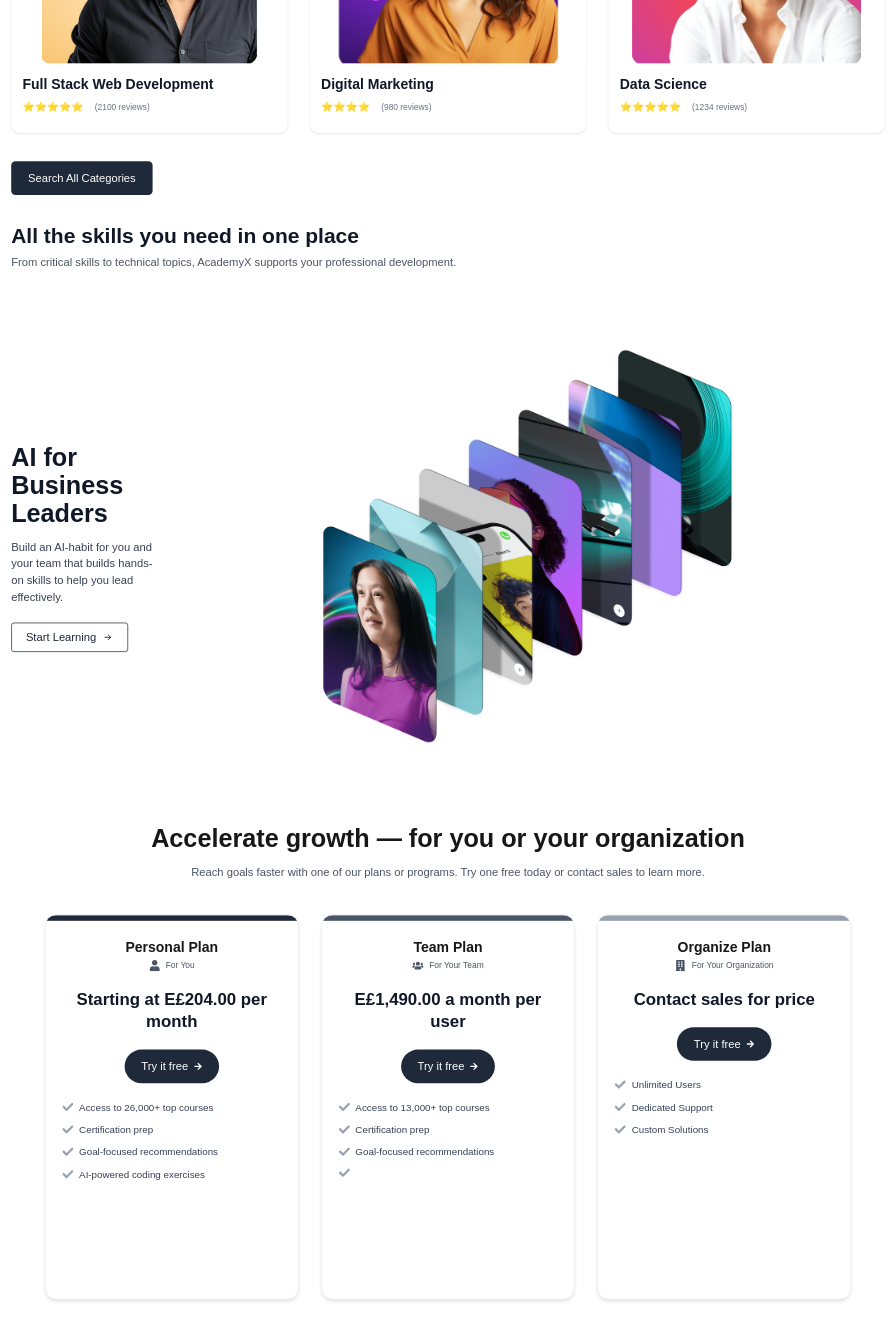
Repository: MohamedSalah54/full-stack-e-learning
Page: / (app in frontend/)
These files come from the project's save history. The page is drawn as it stood at one moment and after a run of saves; the edit follows.
The browser window is 1280 px wide. The pictures show the part of the page from y = 979 to 2899 px (the page is 2899 px tall), at 70% of full size.
The project was rebuilt for these pictures with package versions that can differ from the ones it lists, and the page was loaded fresh each time. The framework's server and built-in components were replaced by stand-ins that run in the browser. Also part of the build but not shown: frontend/next.config.ts.

Above is the page before, as saved 2025-06-16 14:14:34.

### frontend/src/app/layout.tsx
import type { Metadata } from "next";
import { Geist, Geist_Mono } from "next/font/google";
import "./globals.css";
import { Providers } from "@/app/providers";
import Navbar from "@/components/Navbar";

const geistSans = Geist({
  variable: "--font-geist-sans",
  subsets: ["latin"],
});

const geistMono = Geist_Mono({
  variable: "--font-geist-mono",
  subsets: ["latin"],
});

export const metadata: Metadata = {
  title: "Create Next App",
  description: "Generated by create next app",
};

export default function RootLayout({
  children,
}: Readonly<{
  children: React.ReactNode;
}>) {
  return (
    <html lang="en">
      <body
        className={`${geistSans.variable} ${geistMono.variable} antialiased`}
      >
        <Navbar/>
        <Providers>{children}</Providers>

      </body>
    </html>
  );
}

### frontend/src/app/page.tsx
import HeroBannerFixed from "@/components/home/HeroBannerFixed"
import HeroBannerSlider from "@/components/home/HeroBannerSlider"
import HeroCategories from "@/components/home/HeroCategories"
import HeroPlans from "@/components/home/HeroPlans"

const Home = () => {
  return (
    <main className="flex flex-col items-center justify-center">
        <HeroBannerSlider/>
        <HeroCategories/>
        <HeroBannerFixed/>
        <HeroPlans/>
    </main>
  )
}

export default Home

### frontend/src/app/providers.jsx
'use client';

import { Provider } from 'react-redux';
import { store } from '@/redux/store/store';
export function Providers({ children }) {
  return <Provider store={store}>{children}</Provider>;
}

### frontend/src/components/Navbar.tsx
'use client';

import { useState } from 'react';
import { FaShoppingCart, FaBars, FaTimes, FaSearch } from 'react-icons/fa';
import { IoMdGlobe } from 'react-icons/io';
import { useRouter } from 'next/navigation';

export default function Navbar() {
  const [isSidebarOpen, setIsSidebarOpen] = useState(false);
  const router = useRouter();
  const [isSearchOpen, setIsSearchOpen] = useState(false);


  return (
    <>
      {/* Navbar */}
      <nav className="bg-white shadow-sm border-b border-gray-200 py-3 px-4 sm:px-6">
        <div className="max-w-7xl mx-auto flex items-center justify-between">
          {/* Left - Hamburger + Logo */}
          <div className="flex items-center space-x-2">
            {/* Hamburger Icon - Visible on mobile only */}
            <button
              className="block md:hidden text-xl text-gray-800"
              onClick={() => setIsSidebarOpen(true)}
            >
              <FaBars />
            </button>

            {/* Logo */}
            <div
              className="flex items-center cursor-pointer"
              onClick={() => router.push('/')}
            >
              <div className="relative h-10 w-10">
                <img
                  src="/logo.png"
                  alt="Logo"
                  className="h-full w-full object-contain block"
                />
              </div>
              <span className="text-2xl font-bold text-gray-800 leading-none ml-1">
                cademyX
              </span>
            </div>
          </div>

          {/* Middle - Search (hidden on small screens) */}
          <div className="hidden md:flex flex-1 max-w-md mx-4">
            <input
              type="text"
              placeholder="Search courses..."
              className="w-full border border-gray-300 rounded-md px-4 py-2 focus:outline-none focus:ring-1 focus:ring-gray-800"
            />
          </div>

          {/* Right - Search & Cart (Always Visible) */}
          <div className="flex items-center space-x-3 ml-auto">
            <button
              className="hidden md:block px-4 py-1 border border-gray-800 text-gray-800 rounded-md hover:bg-gray-100 transition"
              onClick={() => router.push('/auth/login')}
            >
              Login
            </button>
            <button
              className="hidden md:block px-4 py-1 bg-gray-800 text-white rounded-md hover:bg-gray-700 transition"
              onClick={() => router.push('/auth/register')}
            >
              Sign Up
            </button>

            <IoMdGlobe className="hidden md:block text-gray-800 text-xl cursor-pointer hover:scale-110 transition" />

            <FaShoppingCart className="text-gray-800 text-xl cursor-pointer hover:scale-110 transition" />

            <FaSearch
              className="md:hidden text-gray-800 text-xl cursor-pointer hover:scale-110 transition"
              onClick={() => setIsSearchOpen(true)}
            />
          </div>


        </div>
      </nav>

      {isSearchOpen && (
        <div className="fixed inset-0 z-50 bg-white flex flex-col items-center justify-start px-4 pt-10">
          <div className="w-full max-w-2xl flex items-center gap-3 border-b border-gray-300 pb-2">
            <FaSearch className="text-gray-800 text-2xl" />

            {/* Search Input */}
            <input
              type="text"
              placeholder="Search courses..."
              autoFocus
              className="w-full text-lg focus:outline-none"
            />

            <FaTimes
              className="text-gray-800 text-2xl cursor-pointer"
              onClick={() => setIsSearchOpen(false)}
            />
          </div>
        </div>
      )}



      {/* Sidebar (Mobile) */}
      <div
        className={`fixed top-0 left-0 h-full w-64 bg-white shadow-lg z-50 transform transition-transform duration-300 ${isSidebarOpen ? 'translate-x-0' : '-translate-x-full'
          }`}
      >
        {/* Close Button */}
        <div className="flex justify-between items-center px-4 py-3 border-b">
          <h2 className="text-lg font-semibold">Menu</h2>
          <button
            onClick={() => setIsSidebarOpen(false)}
            className="text-xl text-gray-600"
          >
            <FaTimes />
          </button>
        </div>

        {/* Sidebar Links */}
        <div className="p-4 space-y-4">
          <button
            onClick={() => {
              router.push('/auth/login');
              setIsSidebarOpen(false);
            }}
            className="w-full text-left text-gray-800 hover:text-gray-600"
          >
            Login
          </button>
          <button
            onClick={() => {
              router.push('/auth/register');
              setIsSidebarOpen(false);
            }}
            className="w-full text-left text-gray-800 hover:text-gray-600"
          >
            Sign Up
          </button>
          <div className="border-t pt-4">
            <p className="text-gray-500 text-sm font-medium mb-2">Categories</p>
            <ul className="space-y-2">
              <li className="cursor-pointer hover:text-gray-600">Web Development</li>
              <li className="cursor-pointer hover:text-gray-600">Design</li>
              <li className="cursor-pointer hover:text-gray-600">Marketing</li>
            </ul>
          </div>
        </div>
      </div>

      {/* Overlay */}
      {isSidebarOpen && (
        <div
          className="fixed inset-0 bg-black/40 z-40"
          onClick={() => setIsSidebarOpen(false)}
        ></div>
      )}
    </>
  );
}

### frontend/src/components/home/HeroBannerFixed.tsx
// components/HeroBannerFixed.tsx
'use client';

import { HiOutlineArrowSmRight } from "react-icons/hi";

const HeroBannerFixed = () => {
    return (
        <section className="w-full bg-white py-10">
            <div className="max-w-7xl mx-auto px-4 flex flex-col-reverse md:flex-row items-center justify-between gap-10">
                {/* Text content on the left */}
                <div className="w-full md:w-1/2 text-left">
                    <h1 className="text-2xl sm:text-3xl md:text-4xl font-bold text-gray-900 mb-4">
                        AI for Business Leaders
                    </h1>
                    <span className="block text-gray-700 text-base mb-6">
                        Build an AI-habit for you and your team that builds hands-on skills to help you lead effectively.

                    </span>
                    <button className="px-5 py-2 bg-white text-gray-800 border border-gray-800 rounded hover:bg-gray-200 transition flex items-center gap-2 cursor-pointer">
                        Start Learning <HiOutlineArrowSmRight />
                    </button>

                </div>

                {/* Image on the right */}
                <div className="w-full flex justify-end">
                    <div className="w-full md:w-[500px] lg:w-[1000px] ml-auto">
                        <img
                            src="/hero-fixed.png"
                            alt="Hero"
                            className="w-full h-auto rounded-md object-contain"
                        />
                    </div>
                </div>
            </div>
        </section>
    );
};

export default HeroBannerFixed;

### frontend/src/components/home/HeroBannerSlider.tsx
"use client";

import React, { useState } from "react";
import { FaArrowLeft, FaArrowRight } from "react-icons/fa";
import { heroSlides } from "@/constants";

const slides = heroSlides;

const HeroBannerSlider = () => {
  const [current, setCurrent] = useState(0);

  const nextSlide = () => {
    setCurrent((prev) => (prev + 1) % slides.length);
  };

  const prevSlide = () => {
    setCurrent((prev) => (prev - 1 + slides.length) % slides.length);
  };

  return (
    <>
      {/* Slider Section */}
      <section className="w-full relative bg-white overflow-hidden">
        {/* Wrapper for center and padding on large screens */}
        <div className="w-full max-w-screen-xl mx-auto relative h-[300px] sm:h-[400px] md:h-[500px]">
          {slides.map((slide, index) => (
            <img
              key={index}
              src={slide.image}
              alt="Hero"
              className={`absolute top-0 left-0 w-full h-full object-cover object-[60%] transition-opacity duration-700 ${
                index === current ? "opacity-100 z-10" : "opacity-0 z-0"
              }`}
            />
          ))}

          {/* Arrows */}
          <button
            onClick={prevSlide}
            className="absolute top-1/2 left-4 transform -translate-y-1/2 bg-white text-black p-2 rounded-full shadow hover:bg-gray-200 z-40"
          >
            <FaArrowLeft />
          </button>
          <button
            onClick={nextSlide}
            className="absolute top-1/2 right-4 transform -translate-y-1/2 bg-white text-black p-2 rounded-full shadow hover:bg-gray-200 z-40"
          >
            <FaArrowRight />
          </button>

          {/* Text Box for Large Screens */}
          <div className="hidden md:block absolute top-1/2 left-[170px] transform -translate-y-1/2 z-30">
            <div className="bg-white/90 p-5 rounded-md max-w-sm shadow-md">
              <h1 className="text-2xl lg:text-3xl font-bold text-gray-900 mb-2">
                {slides[current].title}
              </h1>
              <p className="text-gray-700 text-base">{slides[current].description}</p>
            </div>
          </div>
        </div>
      </section>

      {/* Text Below Image for Small Screens */}
      <div className="block md:hidden w-full bg-white pt-6 px-4">
        <div className="bg-white p-0 shadow-none rounded-none">
          <h1 className="text-xl font-bold text-gray-900 mb-2">{slides[current].title}</h1>
          <p className="text-gray-700 text-sm">{slides[current].description}</p>
        </div>
      </div>

      {/* Section Below */}
      <div className="w-full text-left py-10 bg-white px-4 sm:px-10 md:px-32">
        <h1 className="text-2xl sm:text-3xl font-bold text-gray-900 mb-4">
          Ready to reimagine your career?
        </h1>
        <p className="text-base sm:text-lg text-gray-700 max-w-xl">
          Get the skills and real-world experience employers want with Career Accelerators.
        </p>
      </div>
    </>
  );
};

export default HeroBannerSlider;

### frontend/src/components/home/HeroCategories.tsx
import { heroCategories } from "@/constants";

const HeroCategories = () => {
    const categories = heroCategories
    return (
       <section className="w-full py-16 px-4 bg-white">
  {/* Cards */}
  <div className="max-w-7xl mx-auto grid grid-cols-1 sm:grid-cols-2 lg:grid-cols-3 gap-8">
    {categories.map((cat, index) => (
      <div
        key={index}
        className="bg-white rounded-xl overflow-hidden shadow transition min-h-[350px] hover:bg-gray-100 cursor-pointer"
      >
        <img
          src={cat.image}
          alt={cat.title}
          className="w-full h-[250px] object-contain bg-white"
        />
        <div className="p-4">
          <h3 className="text-xl font-semibold text-gray-900 mb-2">{cat.title}</h3>
          <p className="text-sm text-gray-600 flex items-center gap-2">
            {"⭐".repeat(Math.round(cat.rating))}
            <span className="text-xs text-gray-500 ml-2">
              ({cat.reviews} reviews)
            </span>
          </p>
        </div>
      </div>
    ))}
  </div>

  {/* Search button */}
  <div className="flex justify-start mt-10 max-w-7xl mx-auto">
    <button className="bg-gray-800 text-white px-6 py-3 rounded-md hover:bg-gray-700 transition cursor-pointer">
      Search All Categories
    </button>
  </div>

  {/* Heading + Span */}
  <div className="text-left mt-10 max-w-7xl mx-auto">
    <h1 className="text-3xl font-bold text-gray-900 mb-2">
      All the skills you need in one place
    </h1>
    <span className="text-gray-600 text-base">
      From critical skills to technical topics, AcademyX supports your professional development.
    </span>
  </div>
</section>

    );
};

export default HeroCategories;

### frontend/src/components/home/HeroPlans.tsx
import { heroPlans } from "@/constants";
import { FaCheck, FaArrowRight } from "react-icons/fa";

export default function HeroPlans() {
    return (
        <section className="w-full bg-white py-16 px-4">
            <div className="max-w-6xl mx-auto">
                <h1 className="text-4xl font-bold mb-4 text-center">Accelerate growth — for you or your organization</h1>
                <span className="text-gray-600 mb-12 block text-center">
                    Reach goals faster with one of our plans or programs. Try one free today or contact sales to learn more.
                </span>

                <div className="grid md:grid-cols-3 gap-8">
                    {heroPlans.map((plan, index) => {
                        const Icon = plan.icon;
                        return (
                            <div
                                key={index}
                                className="rounded-2xl shadow-md border border-gray-200 overflow-hidden hover:shadow-xl transition duration-300 flex flex-col min-h-[550px]"
                            >
                                {/* Top Border */}
                                <div className={`h-2 ${plan.color}`}></div>

                                <div className="p-6 flex flex-col flex-grow">
                                    {/* Title Section */}
                                    <div className="mb-6 text-center">
                                        <h2 className="text-xl font-bold mb-1">{plan.name}</h2>
                                        <div className="flex justify-center items-center gap-2 text-xs text-gray-600">
                                            <Icon className="w-4 h-4" />
                                            <span className="capitalize">{plan.type}</span>
                                        </div>
                                    </div>

                                    {/* Price */}
                                    <p className="text-2xl font-bold text-gray-900 text-center mb-6">
                                        {plan.price}
                                    </p>

                                    {/* Button */}
                                    <div className="flex justify-center mb-6">
                                        <button className="flex items-center gap-2 bg-gray-800 text-white px-6 py-3 rounded-full hover:bg-gray-700 transition">
                                            Try it free
                                            <FaArrowRight className="w-3 h-3" />
                                        </button>
                                    </div>

                                    {/* Features */}
                                    <ul className="text-sm text-gray-700 space-y-3">
                                        {plan.features.map((feature, idx) => (
                                            <li key={idx} className="flex items-center gap-2">
                                                <FaCheck className="text-gray-400 w-4 h-4" />
                                                {feature}
                                            </li>
                                        ))}
                                    </ul>

                                    {/* Spacer to push features down */}
                                    <div className="flex-grow" />
                                </div>
                            </div>
                        );
                    })}
                </div>
            </div>
        </section>
    );
}

### frontend/src/constants/index.ts
//Home Page
import { FaUser, FaUsers, FaBuilding } from "react-icons/fa";

export const heroSlides = [
    {
        image: "/banner1.jpg",
        title: "Skills that drive you forward",
        description: "Technology and the world of work change fast — with us, you’re faster. Get the skills to achieve goals and stay competitive.",
    },
    {
        image: "/banner2.jpg",
        title: "Learning that gets you",
        description: "Skills for your present (and your future). Get started with us.",
    },
];

export const heroCategories = [
    {
        title: "Full Stack Web Development",
        image: "/full-stack.jpg",
        rating: 5.0,
        reviews: 2100,
    },
    {
        title: "Digital Marketing",
        image: "/digital-marketing.jpg",
        rating: 4.0,
        reviews: 980,
    },
    {
        title: "Data Science",
        image: "/data-science.jpg",
        rating: 4.5,
        reviews: 1234,
    },
];


export const heroPlans = [
  {
    name: "Personal Plan",
    icon: FaUser,
    type: "For you",
    price: "Starting at E£204.00 per month",
    features: [" Access to 26,000+ top courses", "Certification prep", "Goal-focused recommendations","AI-powered coding exercises"],
    color: "bg-gray-800",
  },
  {
    name: "Team Plan",
    icon: FaUsers,
    type: "For your team",
    price: "E£1,490.00 a month per user",
    features: ["Access to 13,000+ top courses", " Certification prep", "Goal-focused recommendations",""],
    color: "bg-gray-600",
  },
  {
    name: "Organize Plan",
    icon: FaBuilding,
    type: "For your organization",
    price: "Contact sales for price",
    features: ["Unlimited Users", "Dedicated Support", "Custom Solutions"],
    color: "bg-gray-400",
  },
];

Loaded but not shown: frontend/src/app/globals.css (common file); frontend/src/redux/store/store.ts (common file)

After the next 2 saves:
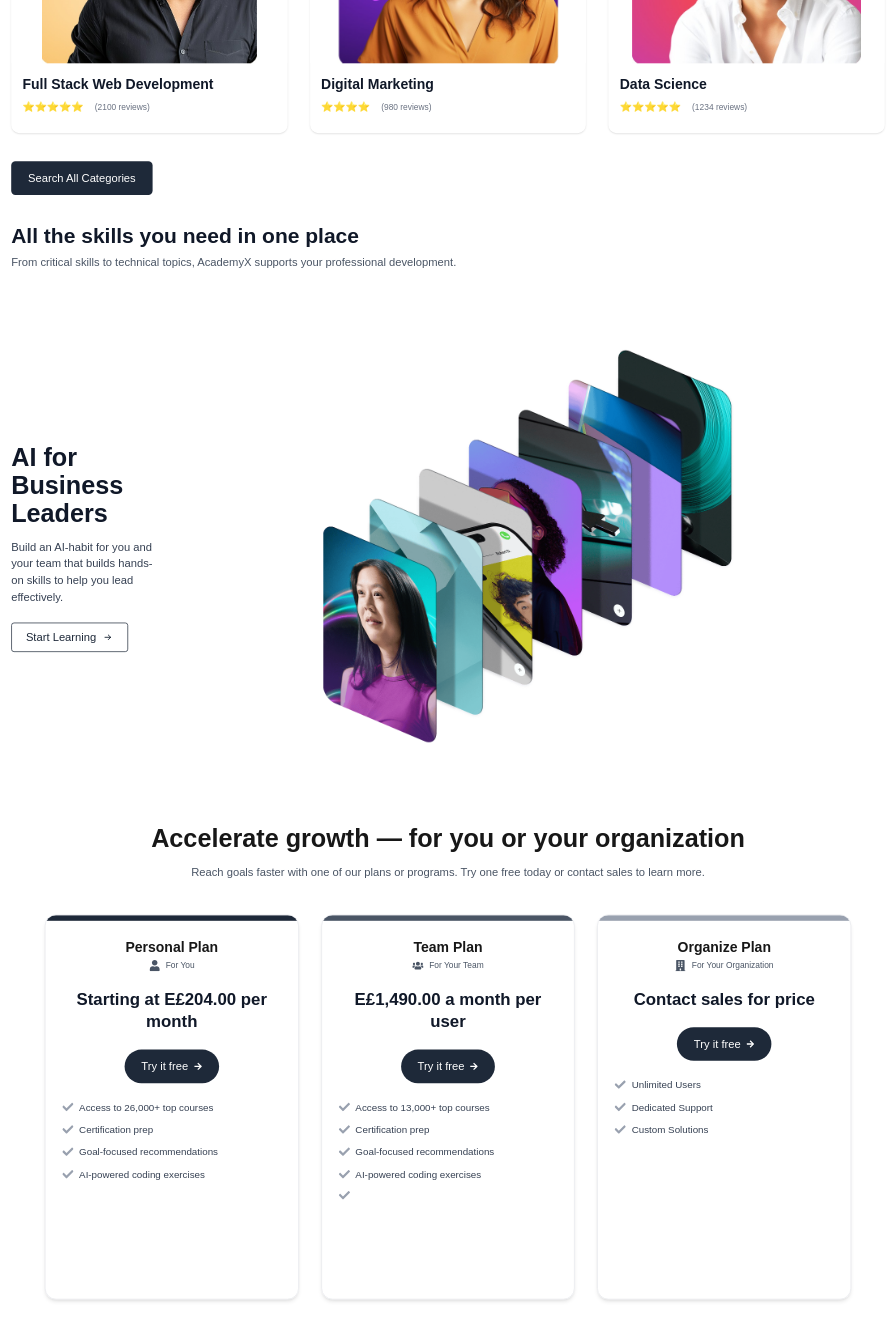
The 2 saves are shown as one change because they came seconds apart.
The last was saved 8 s later.
--- a/frontend/src/constants/index.ts
+++ b/frontend/src/constants/index.ts
@@ -50,7 +50,7 @@
     icon: FaUsers,
     type: "For your team",
     price: "E£1,490.00 a month per user",
-    features: ["Access to 13,000+ top courses", " Certification prep", "Goal-focused recommendations",""],
+    features: ["Access to 13,000+ top courses", " Certification prep", "Goal-focused recommendations","AI-powered coding exercises",""],
     color: "bg-gray-600",
   },
   {
